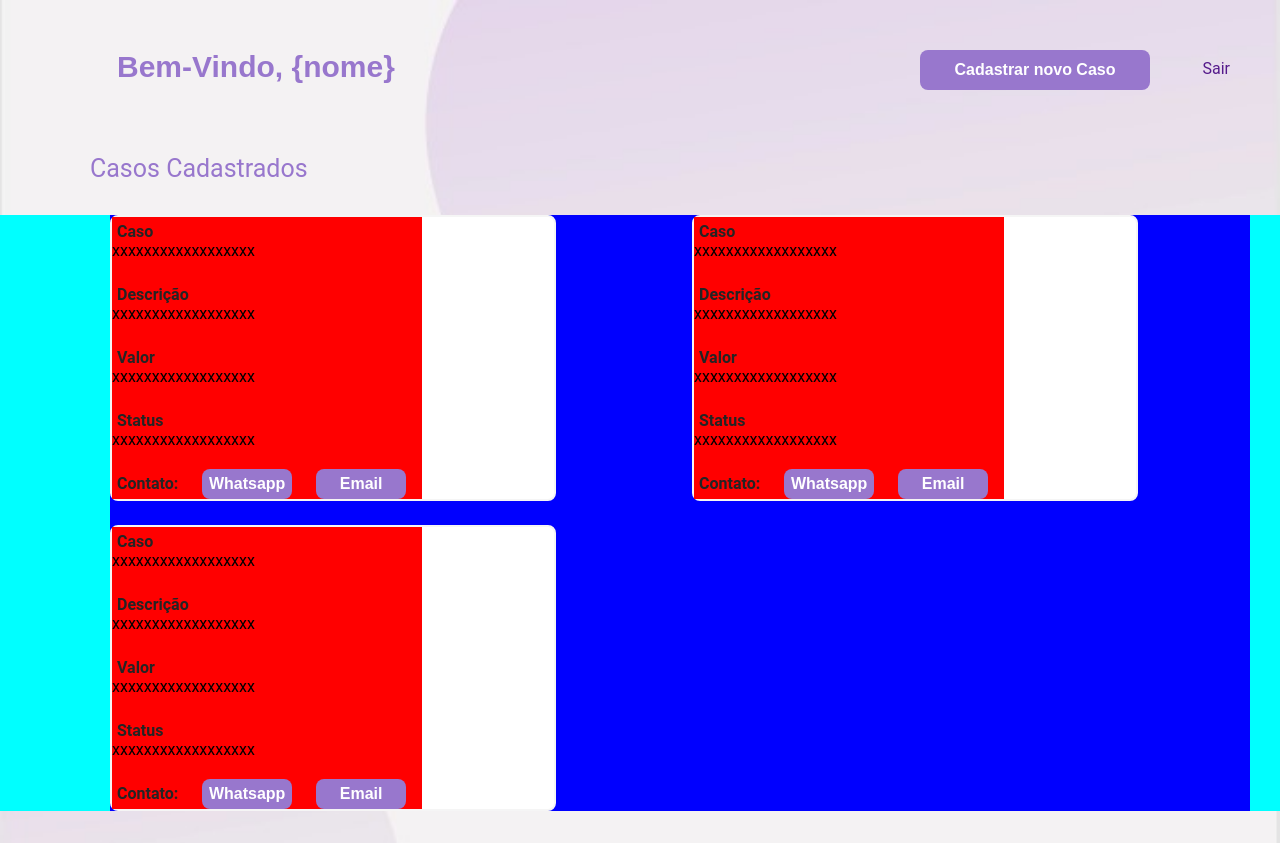
Repository: Dirlandia404/Casos
Page: src/pages/listaCasos.html
These files come from the project's save history. The page is drawn as it stood at one moment and after the next save; the edit follows.
The browser window is 1280 px wide. The pictures show the whole page.

Above is the page before, as saved 2021-07-16 22:48:26.

After the next save:
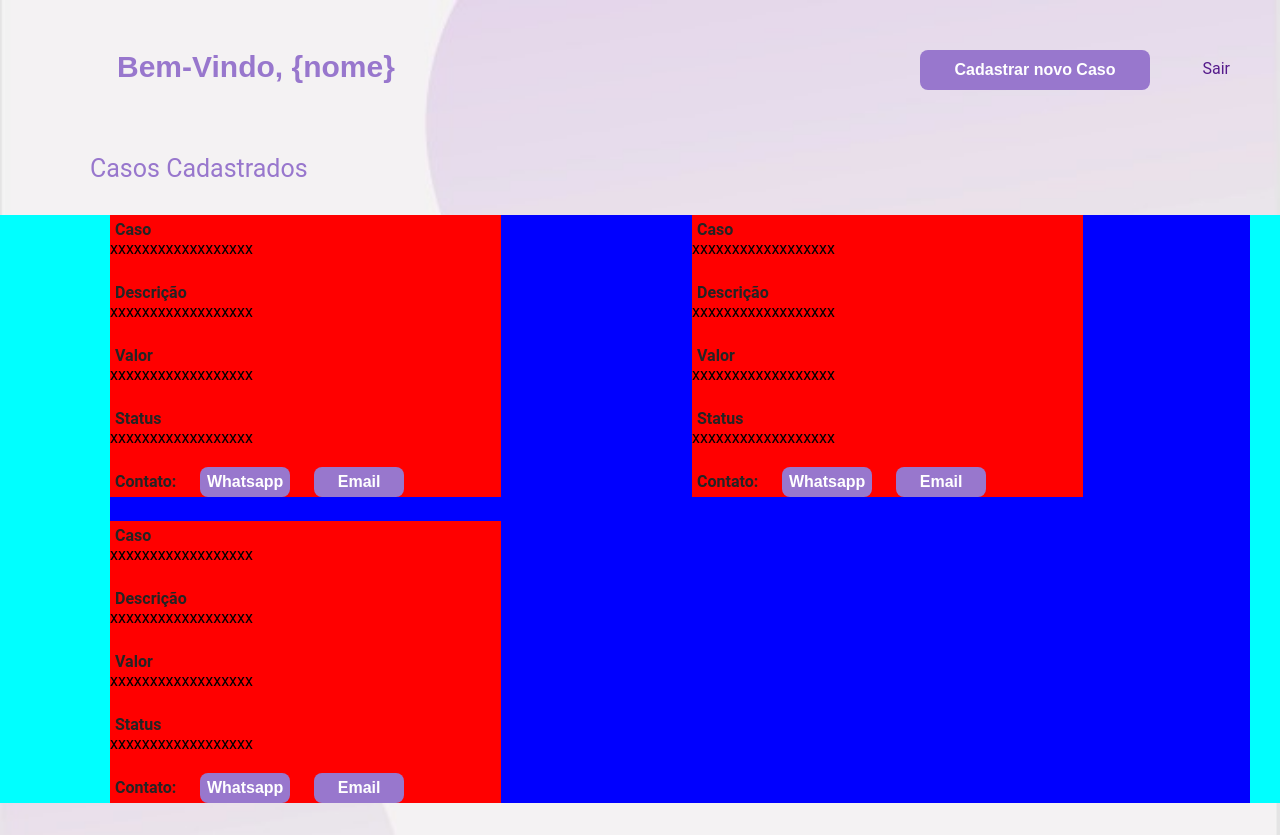
Saved 10 s later.
--- a/src/style/listaCasos.css
+++ b/src/style/listaCasos.css
@@ -66,16 +66,6 @@
 }
 
 
-#box-casos ul li{
-    background-color: green;
-    background-color: white;
-    border: 2px solid  #f5f5f5;
-    border-radius: 8px;
-    height: 100%;
-    width: 80%;
-    font-size: 16px;
-}
-
 #box-casos ul li strong{
     margin-top: 5px;
     font-size: 15px;

After the save that followed:
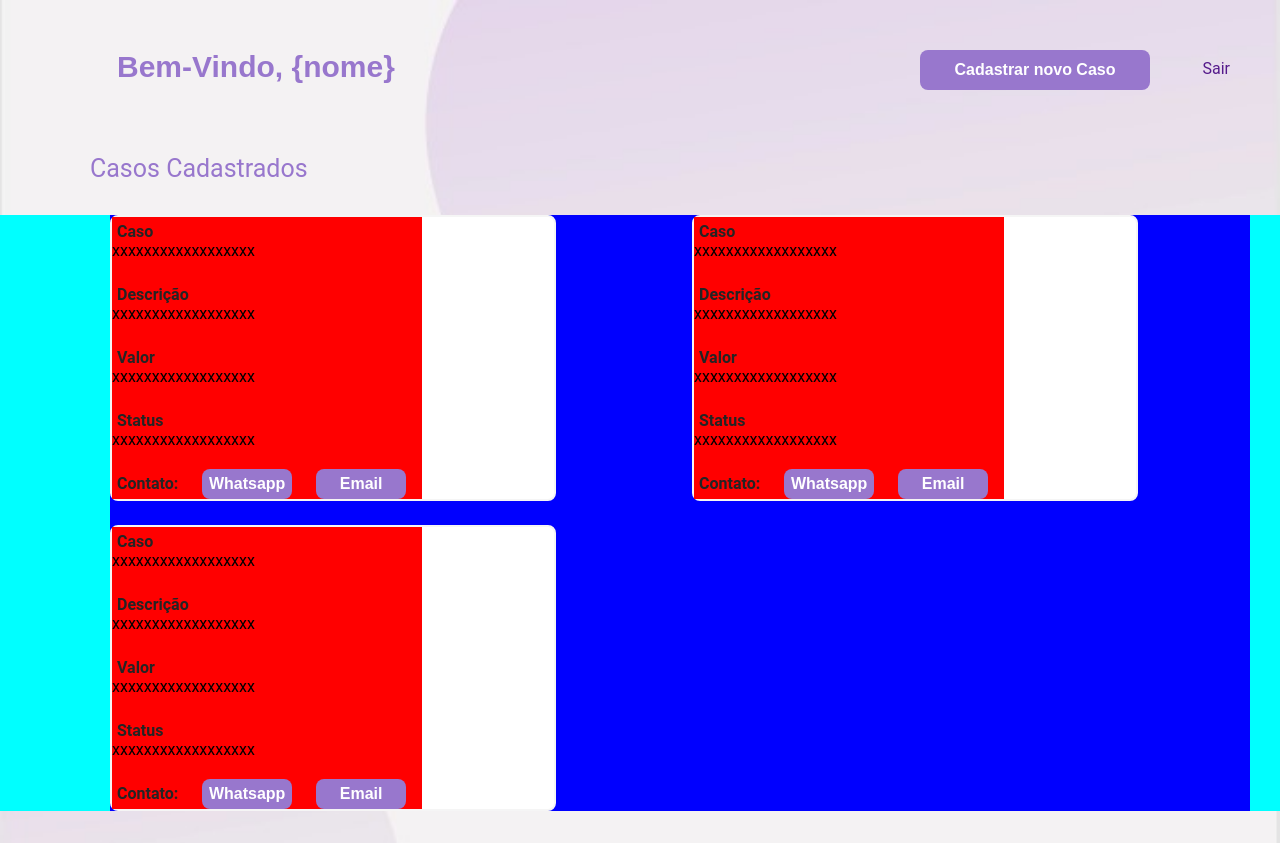
Saved 7 s later.
--- a/src/style/listaCasos.css
+++ b/src/style/listaCasos.css
@@ -66,6 +66,16 @@
 }
 
 
+#box-casos ul li{
+    background-color: green;
+    background-color: white;
+    border: 2px solid  #f5f5f5;
+    border-radius: 8px;
+    height: 100%;
+    width: 80%;
+    font-size: 16px;
+}
+
 #box-casos ul li strong{
     margin-top: 5px;
     font-size: 15px;
